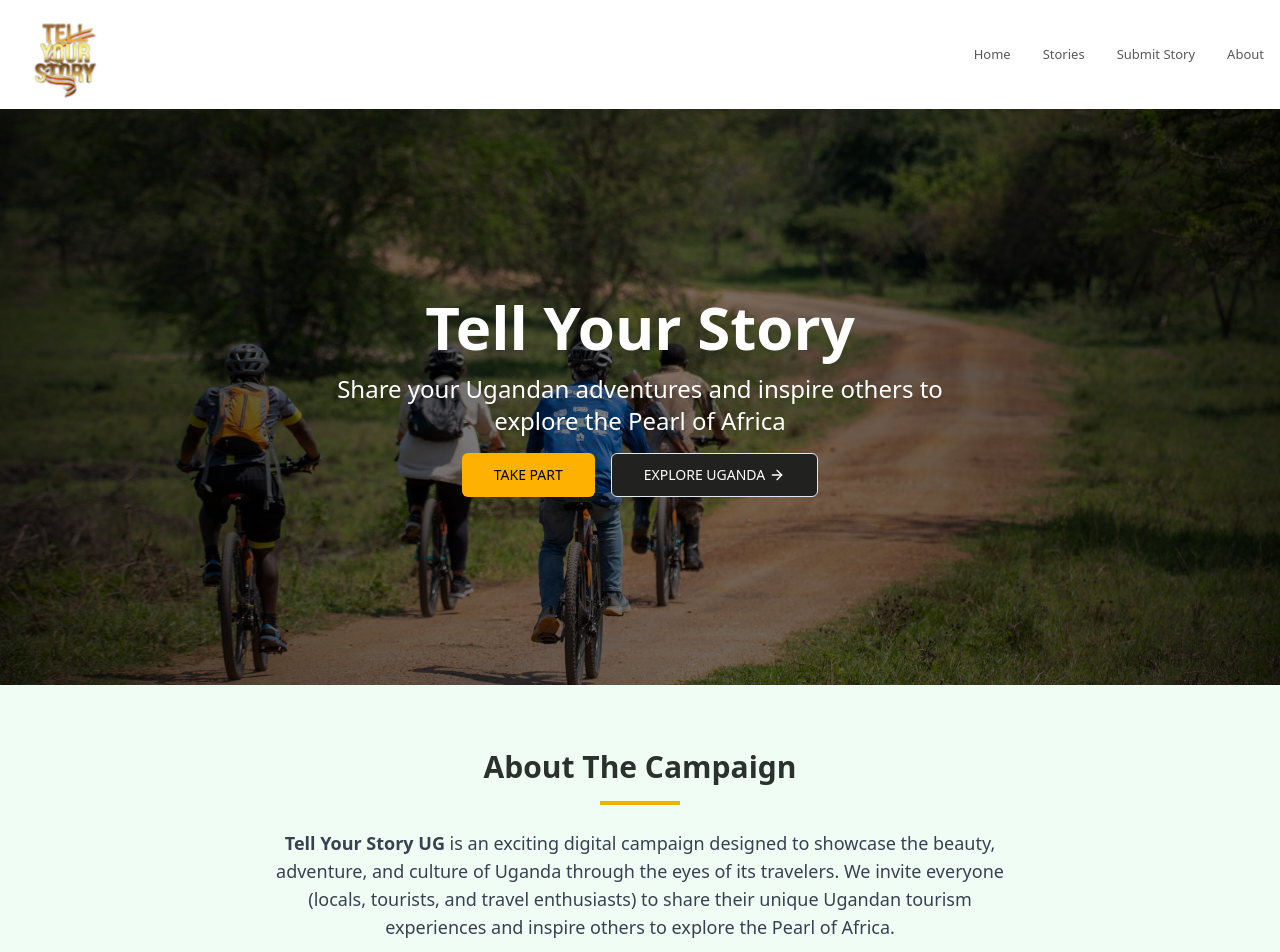
Repository: kaizoku010/take.part
Page: /
The author's editor kept a copy of each file at every save. The page is drawn from the files as they stood at one save, then again after the next save.
The browser window is 1280 px wide. The pictures show the part of the page from y = 0 to 952 px (the page is 3588 px tall).
Backgrounds fixed to the window are drawn as part of the page. The project was rebuilt for these pictures with package versions that can differ from the ones it lists, and the page was loaded fresh each time. Also part of the build but not shown: vite.config.ts, src/components/ui/tooltip.tsx, src/pages/About.tsx, src/components/ui/input.tsx, src/pages/Stories.tsx, src/pages/StoryDetail.tsx, src/components/ui/use-toast.ts, src/components/ui/label.tsx and 4 more.

Above is the page before, as saved 2025-04-14 15:47:32.

After the next save:
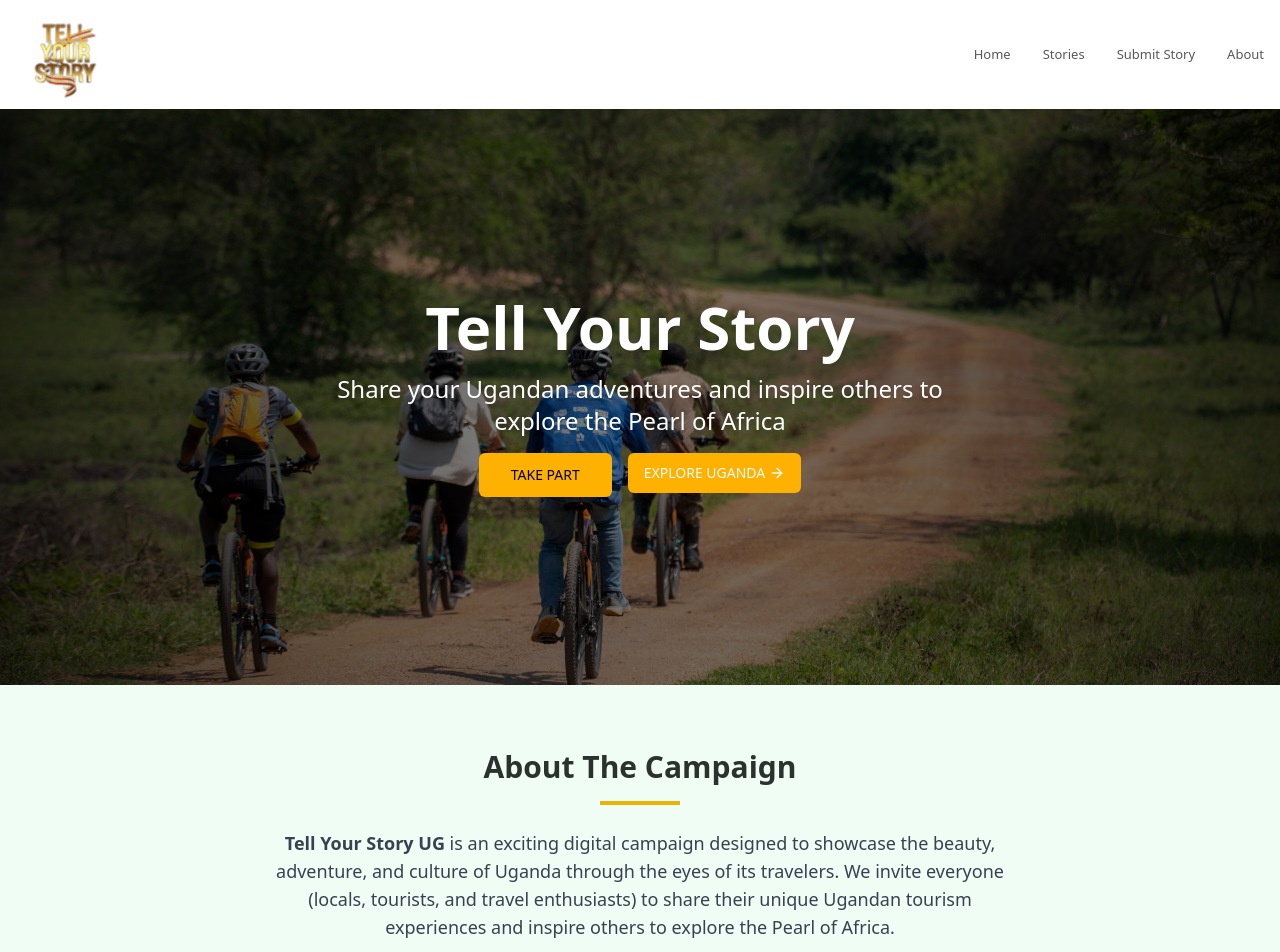
Saved 9 s later.
--- a/src/pages/Home.tsx
+++ b/src/pages/Home.tsx
@@ -81,7 +81,7 @@
               href="https://exploreuganda.com/ "
               target="_blank"
               rel="noopener noreferrer" >
-            <Button size="lg" variant="outline">
+            <Button >
               <div className="flex items-center gap-1">
                 EXPLORE UGANDA
                 <ArrowRight size={20} />

After the 2 saves that followed:
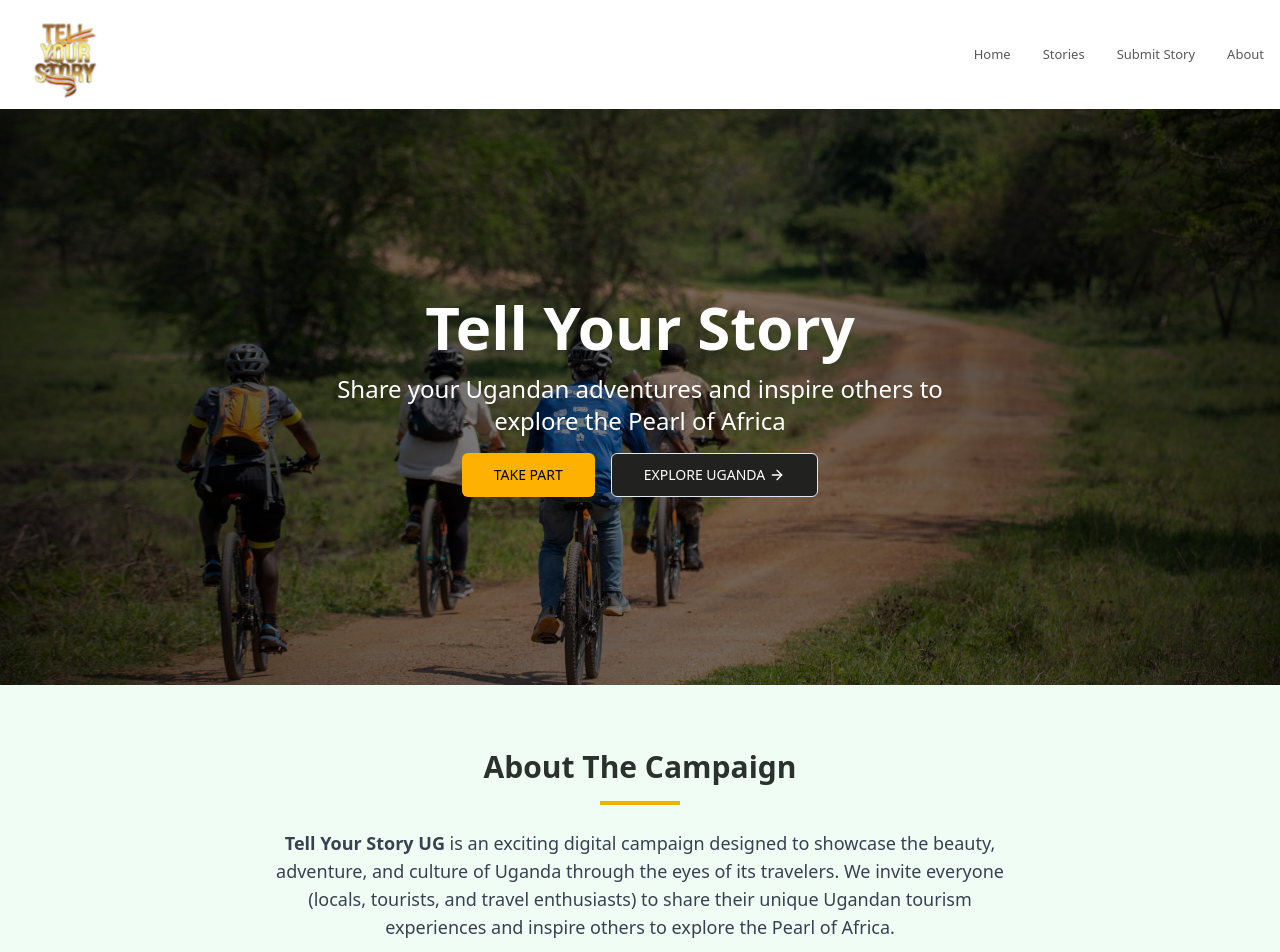
The 2 saves are shown as one change because they came seconds apart.
The last was saved 9 s later.
--- a/src/pages/Home.tsx
+++ b/src/pages/Home.tsx
@@ -81,7 +81,7 @@
               href="https://exploreuganda.com/ "
               target="_blank"
               rel="noopener noreferrer" >
-            <Button >
+            <Button size="lg" variant="outline" id="">
               <div className="flex items-center gap-1">
                 EXPLORE UGANDA
                 <ArrowRight size={20} />
